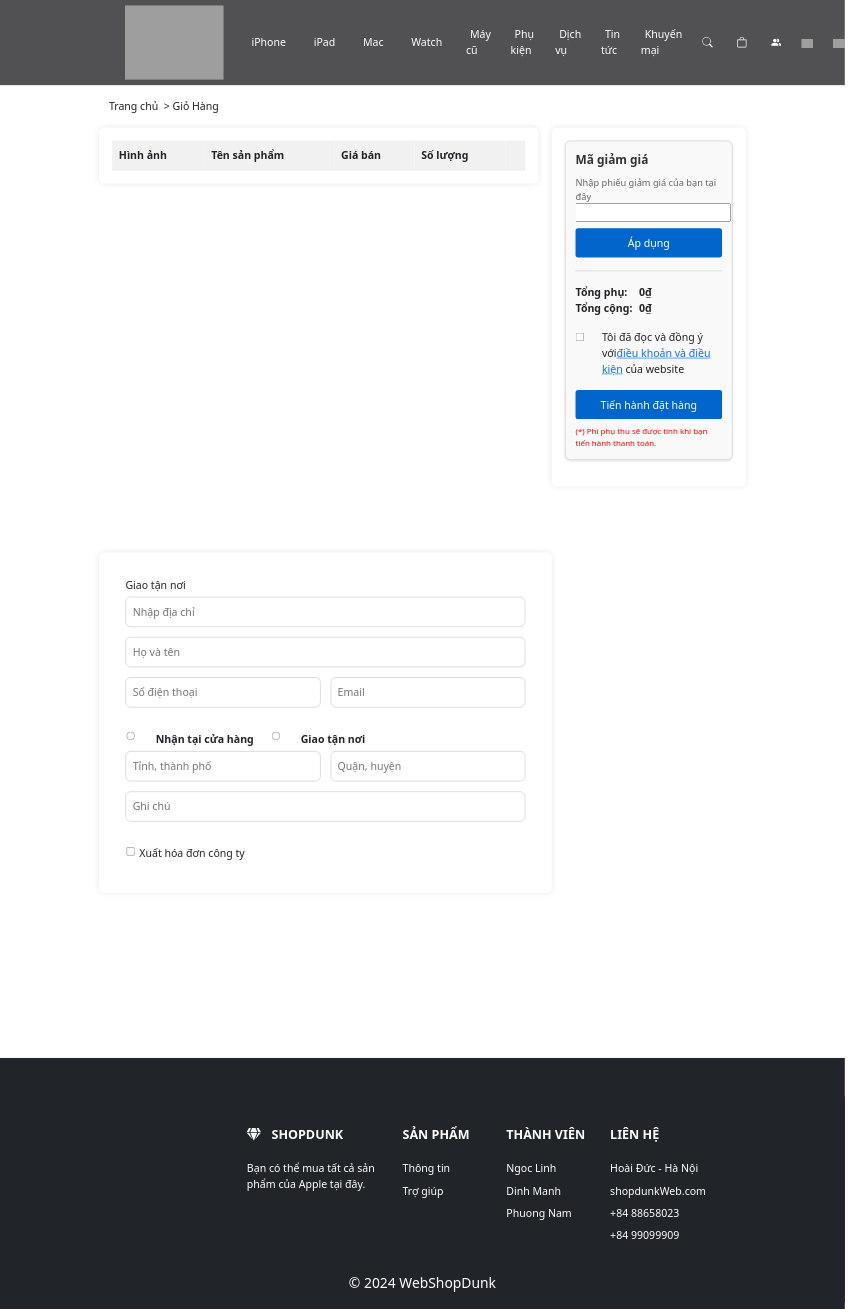
Repository: 20092004nam2k4/FE-ShopDunk
Page: /cart
The author's editor kept a copy of each file at every save. The page is drawn from the files as they stood at one save, then again after a run of saves.
The browser window is 1280 px wide. The page is 1296 px wide, so the pictures cover 1296 px, including what lies to the right of the window. The pictures show the whole page, at 66% of full size.
Pictures or frames that could not be fetched are drawn as grey boxes. The page's requests for data from a server got no answer. The project was rebuilt for these pictures with package versions that can differ from the ones it lists, and the page was loaded fresh each time. No one was signed in, and anything a server would have sent is missing. Also part of the build but not shown: src/component/common/SlideImage.css, src/component/common/SlideImage.js, src/component/product/ProductList.css, src/component/product/ProductList.js, src/component/product/ProductDetail.css, src/component/product/ProductDetail.js, src/component/user/LoginUser.js, src/component/user/UserProfile.js and 3 more.

Above is the page before, as saved 2024-06-10 13:56:41.

### src/component/cart/CartPage.js
import React, { useState, useEffect } from "react";
import axios from "axios";
import "./CartPage.css";

const CartPage = () => {
  const [cartItems, setCartItems] = useState([]);

  const fetchCartItems = () => {
    axios
      .get("http://localhost:8090/api/products/cart")
      .then((response) => {
        setCartItems(response.data);
      })
      .catch((error) => {
        console.error("Error fetching cart items:", error);
      });
  };

  useEffect(() => {
    fetchCartItems();
  }, []);

  const removeFromCart = (id) => {
    axios
      .delete(`http://localhost:8090/api/products/removeFromCart/${id}`)
      .then(() => {
        fetchCartItems(); // Refresh the cart items after removing
      })
      .catch((error) => {
        console.error("Error removing product from cart:", error);
      });
  };

  const updateQuantity = (id, newQuantity) => {
    axios
      .put(`http://localhost:8090/api/products/updateCart/${id}`, {
        quantity: newQuantity,
      })
      .then(() => {
        fetchCartItems(); // Refresh the cart items after updating
      })
      .catch((error) => {
        console.error("Error updating product quantity:", error);
      });
  };

  const calculateSubtotal = () => {
    return cartItems.reduce((sum, item) => sum + item.product.price * item.quantity, 0);
  };

  const calculateTotal = () => {
    return calculateSubtotal();
  };

  return (<>


    <div className="cart-page">
      <div>
        <p className="tittle-header">Trang chủ &nbsp;&gt; Giỏ Hàng</p>
      </div>
      <div className="tong">
        <div className="left">
          <div className="cart-detail">
            <table className="cart">
              <thead>
                <tr>
                  <th>Hình ảnh</th>
                  <th>Tên sản phẩm</th>
                  <th>Giá bán</th>
                  <th>Số lượng</th>
                  <th></th>
                </tr>
              </thead>
              <tbody>
                {cartItems.map((item) => (
                  <tr key={item.id}>
                    <td>
                      <a href={`/product/${item.product.id}`}>
                        <img
                          alt={`Ảnh của ${item.product.name}`}
                          src={`http://localhost:8090/image/${item.product.image}`}
                          title={`Hiển thị chi tiết cho ${item.product.name}`}
                        />
                      </a>
                    </td>
                    <td className="product">
                      <a href={`/product/${item.product.id}`} className="product-name">
                        {item.product.name}
                      </a>
                      <div className="edit-item"></div>
                    </td>
                    <td className="unit-price">
                      <span className="product-unit-price">
                        {parseInt(item.product.price).toLocaleString()}₫
                      </span>
                    </td>
                    <td className="quantity">
                      <div className="cart-quantity-input-container">
                        <svg
                          id={`cart-quantity-input-subtract${item.id}`}
                          width="11"
                          height="11"
                          viewBox="0 0 11 11"
                          fill="none"
                          xmlns="http://www.w3.org/2000/svg"
                          onClick={() => updateQuantity(item.id, item.quantity - 1)}
                        >
                          <g clipPath="url(#clip0_10158_65576)">
                            <path
                              d="M-0.00390625 5.90234H11.0039C11.1133 5.90234 11.207 5.86328 11.2852 5.78516C11.3633 5.70182 11.4023 5.60547 11.4023 5.49609C11.4023 5.38672 11.3633 5.29297 11.2852 5.21484C11.207 5.13672 11.1133 5.09766 11.0039 5.09766H-0.00390625C-0.0768229 5.09766 -0.144531 5.11589 -0.207031 5.15234C-0.264323 5.1888 -0.311198 5.23828 -0.347656 5.30078C-0.384115 5.35807 -0.402344 5.42318 -0.402344 5.49609C-0.402344 5.57422 -0.384115 5.64453 -0.347656 5.70703C-0.311198 5.76432 -0.264323 5.8112 -0.207031 5.84766C-0.144531 5.88411 -0.0768229 5.90234 -0.00390625 5.90234Z"
                              fill="#0066CC"
                            ></path>
                          </g>
                          <defs>
                            <clipPath id="clip0_10158_65576">
                              <rect width="11" height="11" fill="white"></rect>
                            </clipPath>
                          </defs>
                        </svg>
                        <input
                          className="input-text"
                          id={`quantity${item.id}`}
                          value={item.quantity}
                          size="4"
                          readOnly
                        />
                        <svg
                          id={`cart-quantity-input-add${item.id}`}
                          width="12"
                          height="13"
                          viewBox="0 0 12 13"
                          fill="none"
                          xmlns="http://www.w3.org/2000/svg"
                          onClick={() => updateQuantity(item.id, item.setCartItems.quantity + 1)}
                        >
                          <g clipPath="url(#clip0_10158_65579)">
                            <path
                              d="M-0.304688 6.5C-0.304688 6.61458 -0.265625 6.71094 -0.1875 6.78906C-0.104167 6.86719 -0.0104167 6.90625 0.09375 6.90625H5.19531V12.0078C5.19531 12.1172 5.23438 12.2109 5.3125 12.2891C5.39583 12.3672 5.49219 12.4062 5.60156 12.4062C5.71094 12.4062 5.80729 12.3672 5.89062 12.2891C5.96875 12.2109 6.00781 12.1172 6.00781 12.0078V6.90625H11.1094C11.2239 6.90625 11.3177 6.86719 11.3906 6.78906C11.4739 6.71094 11.5156 6.61458 11.5156 6.5C11.5156 6.39583 11.4739 6.30208 11.3906 6.21875C11.3177 6.13542 11.2239 6.09375 11.1094 6.09375H6.00781V1.00781C6.00781 0.893229 5.96875 0.799479 5.89062 0.726562C5.80729 0.653646 5.71094 0.617188 5.60156 0.617188C5.49219 0.617188 5.39583 0.653646 5.3125 0.726562C5.23438 0.799479 5.19531 0.893229 5.19531 1.00781V6.09375H0.09375C-0.0104167 6.09375 -0.104167 6.13542 -0.1875 6.21875C-0.265625 6.30208 -0.304688 6.39583 -0.304688 6.5Z"
                              fill="#0066CC"
                            ></path>
                          </g>
                          <defs>
                            <clipPath id="clip0_10158_65579">
                              <rect
                                width="11.8125"
                                height="12.8125"
                                fill="white"
                                transform="translate(0.09375 0.09375)"
                              ></rect>
                            </clipPath>
                          </defs>
                        </svg>
                      </div>
                    </td>

                    <td className="remove-from-cart">
                      <button
                        onClick={() => removeFromCart(item.id)}
                        className="remove-button"
                      >
                        <i className="fas fa-trash-alt"></i>
                      </button>
                    </td>
                  </tr>
                ))}
              </tbody>
            </table>
          </div>

        </div>

        <div className="right">
        <div className="deals">
            <div className="coupon-box">
              <div className="title">
                <strong>Mã giảm giá</strong>
              </div>
              <div className="hint">Nhập phiếu giảm giá của bạn tại đây</div>
              <input></input>
              <div className="coupon-code">
                <button
                  type="submit"
                  name="applydiscountcouponcode"
                  id="applydiscountcouponcode"
                  className="button-2 apply-discount-coupon-code-button"
                >
                  Áp dụng
                </button>
              </div>
              <div className="totals">
                <div className="total-info">
                  <table className="cart-total">
                    <tbody>
                      <tr className="order-subtotal">
                        <td className="cart-total-left">
                          <label>Tổng phụ:</label>
                        </td>
                        <td className="cart-total-right">
                          <span className="value-summary">
                            {calculateSubtotal().toLocaleString()}₫
                          </span>
                        </td>
                      </tr>
                      <tr className="order-total">
                        <td className="cart-total-left">
                          <label>Tổng cộng:</label>
                        </td>
                        <td className="cart-total-right">
                          <span className="value-summary">
                            {calculateTotal().toLocaleString()}₫
                          </span>
                        </td>
                      </tr>
                    </tbody>
                  </table>
                </div>
                <div id="terms-of-service-warning-box"></div>
                <div className="terms-of-service">
                  <div className="d-flex">
                    <div>
                      <td className="remove-from-cart">
                        <input
                          type="checkbox"
                          name="removefromcart"
                          id="removefromcart274337"
                          value="274337"
                          aria-label="Tẩy"
                        />
                        <button
                          type="button"
                          name="updatecart"
                          className="remove-btn once-submit-button"
                          onClick={() => {
                            document.getElementById(
                              "removefromcart274337"
                            ).checked = true;
                            document.getElementById("updatecart").click();
                          }}
                        ></button>
                      </td>
                    </div>
                    <br></br>
                    <label htmlFor="termsofservice">
                      <span className="rule-web">Tôi đã đọc và đồng ý với</span>
                      <a
                        href="/chinh-sach-doi-tra"
                        className="read"
                        target="_blank"
                      >
                        điều khoản và điều kiện
                      </a>{" "}
                      <span className="rule-web">của website</span>
                    </label>
                  </div>
                </div>
                <div className="checkout-buttons">
                  <button
                    type="submit"
                    id="checkout"
                    name="checkout"
                    value="checkout"
                    className="button-1 checkout-button"
                  >
                    Tiến hành đặt hàng
                  </button>
                </div>
                <div className="note-ck">
                  (*) Phí phụ thu sẽ được tính khi bạn tiến hành thanh toán.
                </div>
                <div className="addon-buttons"></div>
              </div>
            </div>
          </div>
        </div>
      </div>
        </div>


      <div className="tong-bot">
        <div class="left">
          <div class="enter-address bg-white">
          <h6>Giao tận nơi</h6>
            <input placeholder="Nhập địa chỉ"></input>
            <input placeholder="Họ và tên"></input>
            <div class="half-inputs">
              <input placeholder="Số điện thoại"></input>
              <input placeholder="Email"></input>
            </div>
            <div class="edit-address">
              <div class="delivery-method">
                <input type="radio" id="receive-store" name="receive-method" value="store"></input>
                <label for="receive-store">Nhận tại cửa hàng</label>
                <input type="radio" id="receive-delivery" name="receive-method" value="delivery"></input>
                <label for="receive-delivery">Giao tận nơi</label>
              </div>
              <div class="half-inputs">
                <input placeholder="Tỉnh, thành phố"></input>
                <input placeholder="Quận, huyện"></input>
              </div>
              <div>
                <input placeholder="Ghi chú"></input>
              </div>
              <div class="edit-address">
                <input type="checkbox" id="company-invoice" name="company-invoice" value="company-invoice"></input>Xuất hóa đơn công ty
              </div>
            </div>
          </div>
        </div>
      </div>



    <footer className="text-center text-lg-start bg-dark text-white footerMain">
        <section className="bg-dark" style={{ height: "243px" }}>
          <div className="container text-center text-md-start mt-5 textFooter">
            <div className="row mt-3">
              <div
                className="col-md-3 col-lg-4 col-xl-3 text-left mb-4"
                style={{ marginLeft: "104px" }}
              >
                <h6
                  className="text-uppercase fw-bold mb-4"
                  style={{ fontSize: "19px" }}
                >
                  <i className="fas fa-gem me-3" />
                  Shopdunk
                </h6>
                <p style={{ fontSize: "16px" }}>
                  Bạn có thể mua tất cả sản phẩm của Apple tại đây.
                </p>
              </div>
              <div className="col-md-2 col-lg-2 col-xl-2 text-left mb-4">
                <h6
                  className="text-uppercase fw-bold mb-4"
                  style={{ fontSize: "19px" }}
                >
                  Sản phẩm
                </h6>
                <p style={{ fontSize: "16px" }}>Thông tin</p>
                <p style={{ fontSize: "16px" }}>Trợ giúp</p>
              </div>
              <div className="col-md-3 col-lg-2 col-xl-2 text-left mb-4">
                <h6
                  className="text-uppercase fw-bold mb-4"
                  style={{ fontSize: "19px" }}
                >
                  Thành viên
                </h6>
                <p style={{ fontSize: "16px" }}>Ngoc Linh</p>
                <p style={{ fontSize: "16px" }}>Dinh Manh</p>
                <p style={{ fontSize: "16px" }}>Phuong Nam</p>
              </div>
              <div className="col-md-4 col-lg-3 col-xl-3 text-left mb-md-0 mb-4">
                <h6
                  className="text-uppercase fw-bold mb-4"
                  style={{ fontSize: "19px" }}
                >
                  Liên hệ
                </h6>
                <p style={{ fontSize: "16px" }}>Hoài Đức - Hà Nội</p>
                <p style={{ fontSize: "16px" }}>shopdunkWeb.com</p>
                <p style={{ fontSize: "16px" }}>+84 88658023</p>
                <p style={{ fontSize: "16px" }}>+84 99099909</p>
              </div>
            </div>
          </div>
        </section>
        <div
          className="text-center p-4 bg-dark"
          style={{
            backgroundColor: "#40474b",
            height: "70px",
            fontSize: "21px",
            textAlign: "center",
          }}
        >
          © 2024 WebShopDunk
        </div>
      </footer>
    </>
  );
};

export default CartPage;

### src/component/common/Navbar.css
.navbar {
  background-color: #515154;
  padding: 10px;

}

.navbar-links {
  list-style: none;
  display: flex;
  justify-content: center;
  margin: 0;
  padding: 0;
  padding-left: 168px;
  align-items: center;
}

.navbar-links li {
  margin: 0 15px;
}

.navbar-links a {
  color: white;
  text-decoration: none;
  padding: 10px 6px 25px;
  transition: background-color 0.3s;

}

/* .navbar-links a:hover {
  background-color: #575757;
} */
.imageIcon{
  width: 150px;
}
.icon-bag{
  color: white;
  height: 38px;

}
.icon-people{
  color: white;
  height: 38px;

}
.icon-search{
color: white;
height: 38px;
}
.imageIconVN{
  height: 14px;

}
.navbar-links li a {
color: #fff;
text-decoration: none;
transition: color 0.3s ease; }

.navbar-links li a:hover {
color: #fff;
}

### src/component/product/ProductCart.css
.product-list {
  display: flex;
  flex-wrap: wrap;
  justify-content: center;
}
.product-card img {
  max-width: 100%;
  height: auto;
}
.tittleIphone {
  text-align: center;
  margin-top: 38px;
  margin-bottom: 20px;
}
.a-category {
  text-align: center;
  margin-top: 20px;
}
.custom-blue {
  color: #0066cc !important;
  border-color: #0066cc !important;
}
.custom-blue:hover {
  color: #fff !important;
  background-color: #0066cc !important;
}
.button-text {
  font-size: 17px;
}
.product-card {
  width: 300px;
  height: 430px;
  display: flex;
  flex-direction: column;
  align-items: center;
  justify-content: space-between;
  border: 1px solid #ddd;
  padding: 10px;
  margin: 10px;
  box-shadow: 0 4px 8px rgba(0, 0, 0, 0.1); /* Thêm đổ bóng để đẹp hơn */
  border-radius: 5px;
  color: white;
}
.product-name {
  font-weight: bold;
}
.product-price-wrapper {
  display: flex;
  align-items: center;
  gap: 10px;
}
.product-discounted-price {
  font-weight: 700;
  font-size: 16px;
  line-height: 24px;
  color: #0066cc;
}
.product-original-price-wrapper {
  display: flex;
  align-items: center;
}
.product-price {
  color: #6c757d; /* Màu đen nhạt */
  text-decoration: line-through;
  font-size: 16px;
  margin-right: 5px; /* Khoảng cách giữa giá cũ và tag giảm giá */
}
.discount-tag {
  color: #6c757d; /* Màu đen nhạt */
  font-size: 16px;
}
.img-info {
  width: 1200px;
  height: 401px;
}
.info-banner {
  text-align: center;
  margin-top: 80px;
}
.bg-dark {
  background-color: #575757 !important;
}
.text-white {
  color: #fff !important;
}
.border-bottom {
  border-color: rgba(255, 255, 255, 0.1) !important;
}
.footer-links a {
  color: #fff !important;
}
.footer-links a:hover {
  color: #ddd !important;
}
.footerMain {
  margin-top: 90px;
}
.product-card-link {
  text-decoration: none;
  color: inherit; /* Optional: Inherit color to prevent default link color */
}
.textFooter{
  padding-top: 30px;
}

.carousel {
  margin-top: 20px;
  margin-bottom: 20px; /* Để tạo khoảng cách giữa carousel và danh sách sản phẩm */
  padding: 0 210px; /* Thu nhỏ carousel vào 100px mỗi bên */
}

.carousel-inner {
  width: 100%; /* Đảm bảo width của carousel vẫn 100% */
  margin: auto; /* Căn giữa carousel */
}
.carousel-control {
  padding: 0 230px; /* Đặt khoảng cách 20px giữa các nút chuyển ảnh */
}
.category-products-container {
  background-color: #f5f5f7; /* Màu nền của trang */
}
.tittle-headerCategory{
  background-color: white;
  margin-left: 210px;
  padding-top: 15px;
  color: #6c757d;
  padding-bottom: -10px;
}

### src/component/user/Login.css
body {
    font-family: sans-serif;
    /* display: flex; */
    justify-content: center;
    align-items: center;
    min-height: 100vh;
    background-color: #f5f5f5;
  }
  .userName-login{
    margin-top: 25px;
  }



  .left-side {
    width: 50%;
    display: flex;
    justify-content: center;
    align-items: center;
    margin-top: 90px;
  }

  .right-side {
    width: 50%;
    padding: 20px;
    margin-top: 90px;
  }

  .left-side img {
    width: 100%;
    max-width: 600px;
    height: 350px;
  }

  h2 {
    margin-bottom: 20px;
  }

  input[type="text"],
  input[type="password"] {
    width: 100%;
    padding: 10px;
    margin-bottom: 15px;
    border: 1px solid #ddd;
    border-radius: 10px;
    box-sizing: border-box;
  }

  input[type="checkbox"] {
    margin-right: 5px;
  }

  button {
    background-color: #007bff;
    color: #fff;
    padding: 10px 20px;
    border: none;
    border-radius: 3px;
    cursor: pointer;
    width: 100%;
  }

  .link {
    display: block;
    text-align: center;
    margin-top: 15px;
    color: #007bff;
    text-decoration: none;
  }

  .footerMain{
margin-top: 200px;
  }
  .textFooter{
    padding-left: 200px !important;
  }
  .textToRegister{
    margin-top: 15px;
  }

Loaded but not shown: public/index.html (common file); src/index.js (common file); src/component/common/Navbar.js (132 lines, source omitted); src/App.js (47 lines, source omitted); src/context/AuthContext.js (34 lines, source omitted); src/component/cart/CartPage.css (364 lines, source omitted); src/component/user/UserProfile.css (214 lines, source omitted)

After the next 3 saves:
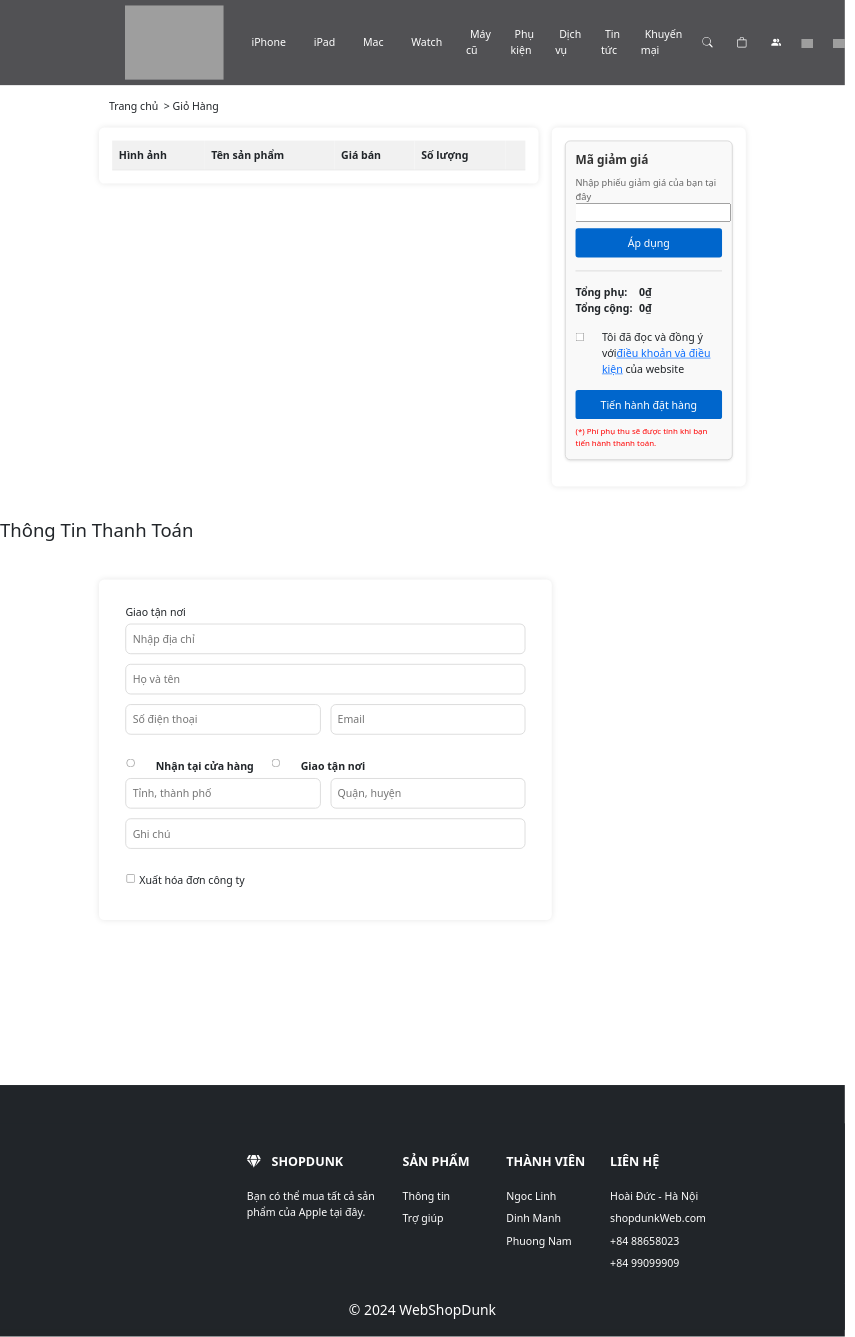
The 3 saves are shown as one change because 1 did not build or start and some came seconds apart.
The last was saved 17 s later.
--- a/src/component/cart/CartPage.js
+++ b/src/component/cart/CartPage.js
@@ -276,7 +276,10 @@
       </div>
         </div>
 
-
+        <div>
+
+        </div>
+        <h3>Thông Tin Thanh Toán</h3>
       <div className="tong-bot">
         <div class="left">
           <div class="enter-address bg-white">
